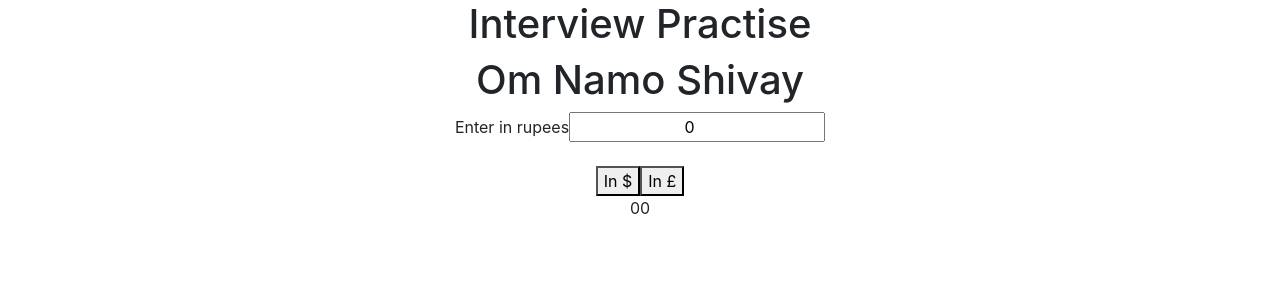
Repository: punitbathija/Machine-Round-React
Page: /
The author's editor kept a copy of each file at every save. The page is drawn from the files as they stood at one save, then again after the next save.
The browser window is 1280 px wide. The pictures show the whole page.
The project was rebuilt for these pictures with package versions that can differ from the ones it lists, and the page was loaded fresh each time. Also part of the build but not shown: src/components/counter.jsx, src/components/ProgressBar.js.

Above is the page before, as saved 2023-06-01 13:26:43.

After the next save:
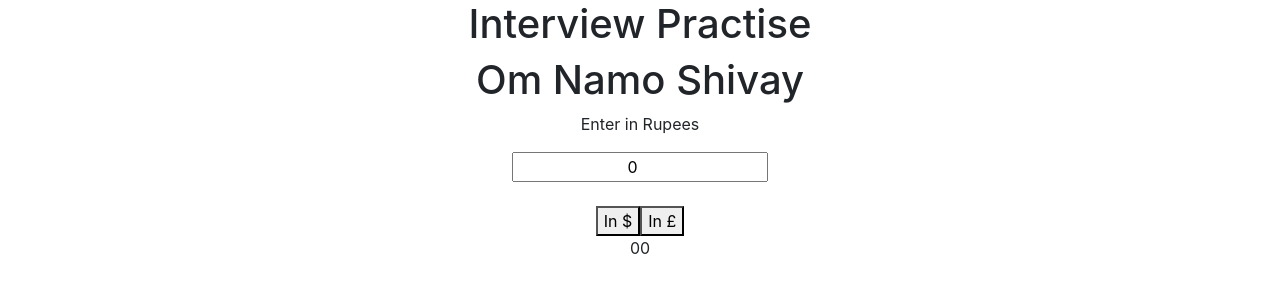
Saved 16 s later.
--- a/src/components/CurrencyCoverter.js
+++ b/src/components/CurrencyCoverter.js
@@ -16,7 +16,7 @@ const CurrencyCoverter = () => {
   return (
     <div style={{ textAlign: "center" }}>
       <h1>Om Namo Shivay</h1>
-      <label>Enter in rupees</label>
+      <p>Enter in Rupees</p>
       <input
         name="inRupees"
         type="number"
